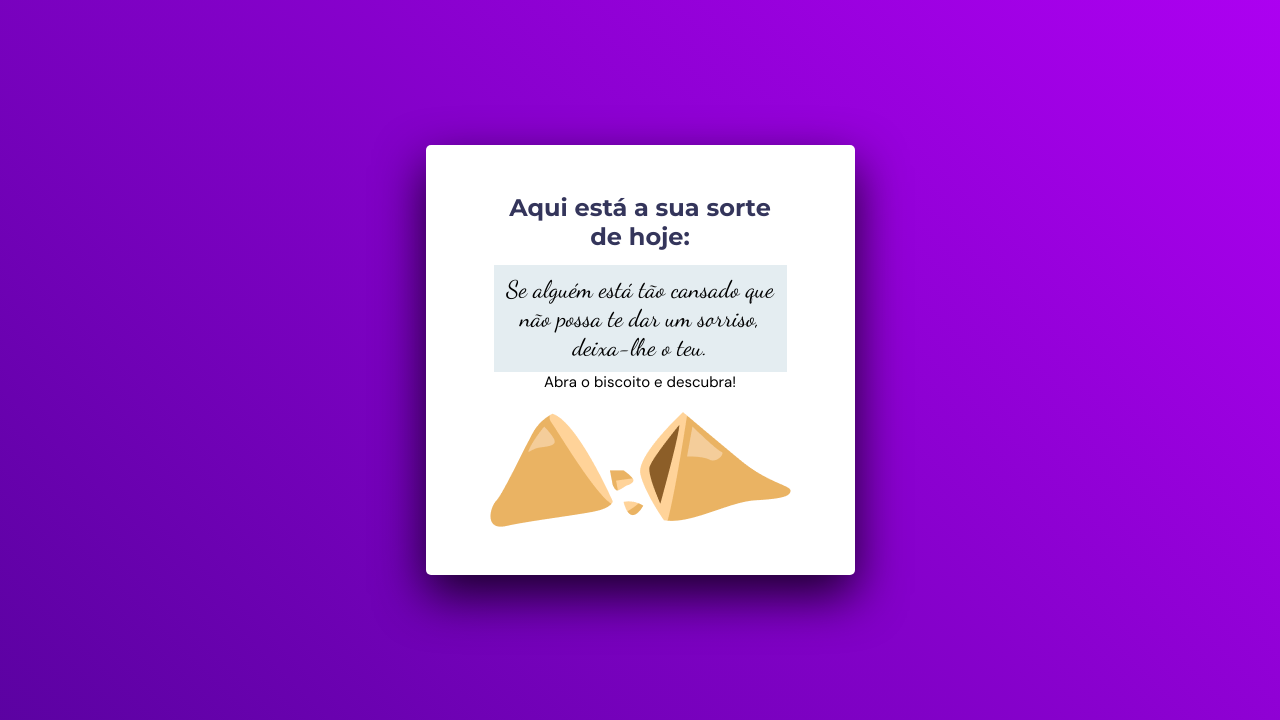
Repository: caueenrico/cookieCoach
Page: index.html
An editor plug-in stored every save of this project. The page is shown before and after the next save, followed by the edit.
The browser window is 1280 px wide. The pictures show the whole page.

Above is the page before, as saved 2023-06-27 16:45:55.

### index.html
<!DOCTYPE html>
<html lang="en">
  <head>
    <meta charset="UTF-8" />
    <meta name="viewport" content="width=device-width, initial-scale=1.0" />
    <link rel="preconnect" href="https://fonts.googleapis.com" />
    <link rel="preconnect" href="https://fonts.gstatic.com" crossorigin />
    <link
      href="https://fonts.googleapis.com/css2?family=DM+Sans&family=Dancing+Script&family=Montserrat:wght@700&display=swap"
      rel="stylesheet"
    />
    <link rel="stylesheet" href="style.css" />
    <title>biscoito da sorte</title>
  </head>
  <body>
    <main>

      <div class="hide">
        <h1>
          Qual é a sua sorte <br />
          de hoje?
        </h1>
        <p>Abra o biscoito e descubra!</p>
        <img src="/biscoitoClose.png" alt="" />
      </div>

      <div>
        <h1>
          Aqui está a sua sorte <br/> de hoje:
        </h1>

        <span>
          Se alguém está tão cansado que não possa te dar um sorriso, deixa-lhe o teu.
        </span>
        <p>Abra o biscoito e descubra!</p>
        <img src="/opened-cookie.png" alt="" />
      </div>

    </main>
  </body>
  <script src="script.js"></script>
</html>

### style.css
* {
  margin: 0;
  padding: 0;
  box-sizing: border-box;
}

:root {
  font-size: 62.5%;

  --fs-heading: 2.4rem;
  --ff-heading: "Montserrat", sans-serif;

  --fs-subt: 1.5rem;
  --ff-subt: "DM Sans", sans-serif;
}

body {
  height: 100vh;
  width: 100vw;
  display: flex;
  flex-direction: column;
  justify-content: center;

  background: linear-gradient(45deg, #190361, #bb00ff);
  animation: gradient 10s ease infinite;
  background-size: 200% 200%;
}

@keyframes gradient {
  0% {
    background-position: 0% 50%;
  }
  50% {
    background-position: 100% 50%;
  }
  100% {
    background-position: 0% 50%;
  }
}

main {
  margin: 0 auto;

  display: flex;
  flex-direction: column;
  align-items: center;
  justify-content: center;

  padding: 4.8rem 6.4rem;
  background-color: #fff;

  text-align: center;

  border-radius: 5px;
  box-shadow: 0px 20px 50px 0px rgba(0, 0, 0, 0.8);
}

main h1 {
  font-family: var(--ff-heading);
  font-size: var(--fs-heading);
  font-weight: 700;

  color: #34355b;
  margin-bottom: 1.4rem;
}

main p {
  font-size: var(--fs-subt);
  font-family: var(--ff-subt);

  margin-bottom: 2rem;
}

main img {
  width: 100%;
  flex-shrink: 0;
}

main img:hover {
  animation: treme 0.1s infinite;
}

@keyframes treme {
  0% {
    margin-left: 0;
  }
  25% {
    margin-left: 5px;
  }
  50% {
    margin-left: 0;
  }
  75% {
    margin-left: -5px;
  }
  100% {
    margin-left: 0;
  }
}

.hide {
  display: none;
}

span {
  display: flex;
  padding: 10px;
  text-align: center;
  width: 29.3rem;
  background: #e4edf1;
  font-size: 24px;
  font-family: Dancing Script;
  color: #000;
}

div{
  display: flex;
  flex-direction: column;
  align-items: center;
}

### script.js
let img = document.querySelector('img');

img.addEventListener('click', () => {
    img.classList.toggle('active');
    console.log('clicked');
}
)

After the next save:
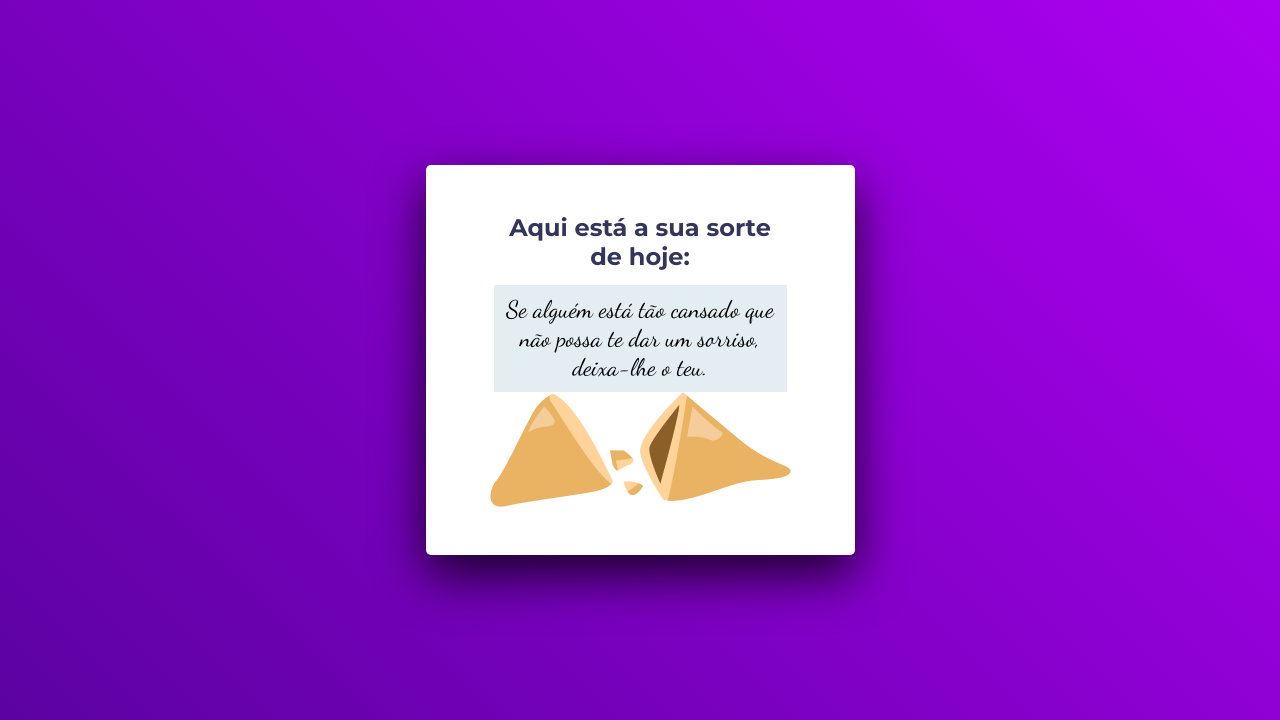
Saved 32 s later.
--- a/index.html
+++ b/index.html
@@ -32,7 +32,6 @@
         <span>
           Se alguém está tão cansado que não possa te dar um sorriso, deixa-lhe o teu.
         </span>
-        <p>Abra o biscoito e descubra!</p>
         <img src="/opened-cookie.png" alt="" />
       </div>
 
